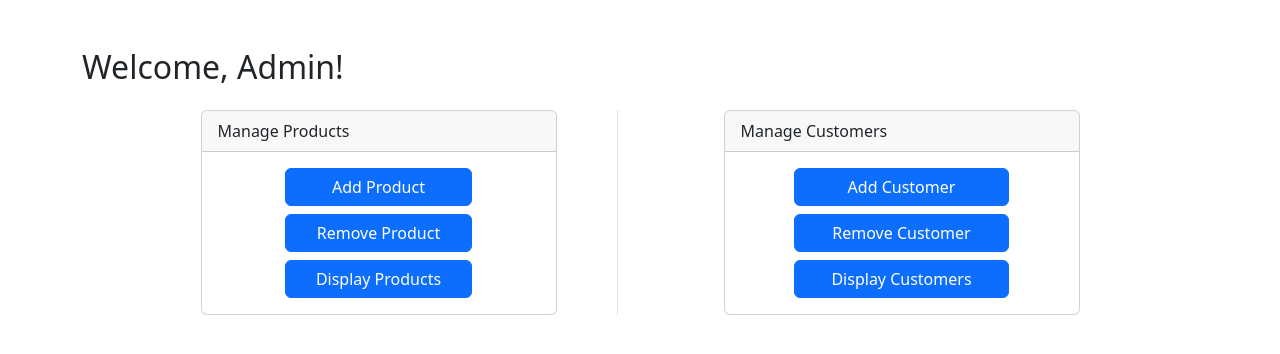
Repository: satvikagrasani/Layered-Architecture
Page: http://localhost/OnlineShoppingSystem/admindashboard.jsp
These files come from the project's save history. The page is drawn as it stood at one moment and after the next save; the edit follows.
The browser window is 1280 px wide. The pictures show the whole page.
The page is served by Tomcat 9.

Above is the page before, as saved 2023-09-04 16:57:59.

### Layered Architecture/OnlineShoppingSystem/src/main/webapp/admindashboard.jsp
<%@ page language="java" contentType="text/html; charset=ISO-8859-1"
    pageEncoding="ISO-8859-1"%>
<!doctype html>
<html lang="en">
  <head>
    <meta charset="utf-8">
    <meta name="viewport" content="width=device-width, initial-scale=1">
    <title>Bootstrap demo</title>
    <link href="https://cdn.jsdelivr.net/npm/bootstrap@5.3.1/dist/css/bootstrap.min.css" rel="stylesheet" integrity="sha384-4bw+/aepP/YC94hEpVNVgiZdgIC5+VKNBQNGCHeKRQN+PtmoHDEXuppvnDJzQIu9" crossorigin="anonymous">

    <style>
    .line {
        border-top: 1px solid #ccc; /* Horizontal line color */
        width: 100%;
        max-width: 50px; /* Adjust the width of the line as needed */
    }
	</style>

  </head>
  <body>

    <div class="alert alert-${status}" role="alert" id="errorAlert">
	    ${successMessage}
	</div>

            <script>
                setTimeout(function() {
                    var errorAlert = document.getElementById('errorAlert');
                    if (errorAlert) {
                        errorAlert.style.display = 'none';
                    }
                }, 4000); // Hide after 4 seconds
            </script>





    <div class="container mt-5">
        <h2>Welcome, Admin!</h2>
        <div class="row mt-4 justify-content-center">
            <div class="col-md-4">
                <div class="card">
                    <div class="card-header">Manage Products</div>
                    <div class="card-body">

                        <div class="d-grid gap-2 col-7 mx-auto">
						  <button type="button" class="btn btn-primary" data-bs-toggle="modal" data-bs-target="#exampleModalp1"> Add Product </button>
						  <button type="button" class="btn btn-primary" data-bs-toggle="modal" data-bs-target="#exampleModalp2"> Remove Product </button>
						  <a type="button" class="btn btn-primary" href="${pageContext.request.contextPath}/displayProducts?method=get">Display Products</a>
					   </div>

                    </div>


                    <div class="modal fade" id="exampleModalp1" tabindex="-1" aria-labelledby="exampleModalLabel" aria-hidden="true">
					  <div class="modal-dialog">

					    <div class="modal-content">
					      <div class="modal-header">
					        <h1 class="modal-title fs-5" id="exampleModalLabel">Add Product</h1>
					        <button type="button" class="btn-close" data-bs-dismiss="modal" aria-label="Close"></button>
					      </div>

					      <div class="modal-body">

					        <div class="container">
					        	<form action="${pageContext.request.contextPath}/productData" method="post">
								  <div class="mb-3">
								    <label for="pno" class="form-label">Product no</label>
								    <input type="number" name="pno" class="form-control" id="pno" aria-describedby="emailHelp">
								  </div>
								  <div class="mb-3">
								    <label for="pname" class="form-label">Product name</label>
								    <input type="text" name="pname" class="form-control" id="pname">
								  </div>
								  <div class="mb-3">
								    <label for="pprice" class="form-label">Product price</label>
								    <input type="number" name="pprice" class="form-control" id="pprice">
								  </div>
								  <div class="mb-3">
								    <label for="pquant" class="form-label">Product quantity</label>
								    <input type="number" name="pquant" class="form-control" id="pquant">
								  </div>
								  <div class="mb-3">
								    <label for="pdquant" class="form-label">Product discount</label>
								    <input type="number" name="pdquant" class="form-control" id="pdquant">
								  </div>
								  <button type="submit" class="btn btn-primary">Submit</button>
								</form>
					        </div>

					      </div>

					    </div>
					  </div>
					</div>



					<div class="modal fade" id="exampleModalp2" tabindex="-1" aria-labelledby="exampleModalLabel" aria-hidden="true">
					  <div class="modal-dialog">
					    <div class="modal-content">
					      <div class="modal-header">
					        <h1 class="modal-title fs-5" id="exampleModalLabel">Remove Product</h1>
					        <button type="button" class="btn-close" data-bs-dismiss="modal" aria-label="Close"></button>
					      </div>
					      <div class="modal-body">
					        <div class="container">
					        	<form action="${pageContext.request.contextPath}/deleteProduct" method="post">
								  <div class="mb-3">
								    <label for="pno" class="form-label">Product no</label>
								    <input type="number" name="pno" class="form-control" id="pno" aria-describedby="emailHelp">
								  </div>
								  <div class="mb-3">
								    <label for="pname" class="form-label">Product name</label>
								    <input type="text" name="pname" class="form-control" id="pname">
								  </div>

								  <button type="submit" class="btn btn-danger">Remove</button>

								</form>
					        </div>
					      </div>

					    </div>
					  </div>
					</div>




                </div>
            </div>



            <div class="col-md-1 border-start ms-5 "></div>


            <div class="col-md-4 ">
                <div class="card me-6">
                    <div class="card-header">Manage Customers</div>
                    <div class="card-body">

                    <div class="d-grid gap-2 col-8 mx-auto">
						  <button type="button" class="btn btn-primary" data-bs-toggle="modal" data-bs-target="#exampleModal"> Add Customer </button>
						  <button type="button" class="btn btn-primary" data-bs-toggle="modal" data-bs-target="#exampleModal1"> Remove Customer </button>
						  <a type="button" class="btn btn-primary" href="${pageContext.request.contextPath}/displayCustomers?method=get">Display Customers</a>

					</div>

					</div>


					<div class="modal fade" id="exampleModal" tabindex="-1" aria-labelledby="exampleModalLabel" aria-hidden="true">
					  <div class="modal-dialog">

					    <div class="modal-content">
					      <div class="modal-header">
					        <h1 class="modal-title fs-5" id="exampleModalLabel">Add Customer</h1>
					        <button type="button" class="btn-close" data-bs-dismiss="modal" aria-label="Close"></button>
					      </div>

					      <div class="modal-body">

					        <div class="container">
					        	<form action="${pageContext.request.contextPath}/customerData" method="post">
								  <div class="mb-3">
								    <label for="exampleInputEmail1" class="form-label">Enter id</label>
								    <input type="number" name="cusid" class="form-control" id="cusid" aria-describedby="emailHelp">
								  </div>
								  <div class="mb-3">
								    <label for="cusemail" class="form-label">Enter email</label>
								    <input type="email" name="cusemail" class="form-control" id="cusemail">
								  </div>
								  <div class="mb-3">
								    <label for="cusname" class="form-label">Enter name</label>
								    <input type="text" name="cusname" class="form-control" id="cusname">
								  </div>
								  <div class="mb-3">
								    <label for="cuspass" class="form-label">Enter password</label>
								    <input type="text" name="cuspass" class="form-control" id="cuspass">
								  </div>
								  <div class="mb-3">
								    <label for="cusbal" class="form-label">Initial balance</label>
								    <input type="text" name="cusbal" class="form-control" id="cusbal">
								  </div>
								  <button type="submit" class="btn btn-primary">Submit</button>
								</form>
					        </div>
					      </div>

					    </div>
					  </div>
					</div>




					<div class="modal fade" id="exampleModal1" tabindex="-1" aria-labelledby="exampleModalLabel" aria-hidden="true">
					  <div class="modal-dialog">
					    <div class="modal-content">
					      <div class="modal-header">
					        <h1 class="modal-title fs-5" id="exampleModalLabel">Remove Customer</h1>
					        <button type="button" class="btn-close" data-bs-dismiss="modal" aria-label="Close"></button>
					      </div>
					      <div class="modal-body">
					        <div class="container">
					        	<form action="${pageContext.request.contextPath}/deleteCustomer" method="post">
								  <div class="mb-3">
								    <label for="cusid" class="form-label">Enter id</label>
								    <input type="number" name="cusid" class="form-control" id="cusid" aria-describedby="emailHelp">
								  </div>
								  <div class="mb-3">
								    <label for="cusemail" class="form-label">Enter email</label>
								    <input type="email" name="cusemail" class="form-control" id="cusemail">
								  </div>


								  <button type="submit" class="btn btn-danger">Remove</button>
								</form>
					        </div>
					      </div>

					    </div>
					  </div>
					</div>



                    </div>
                </div>
            </div>


        </div>
    </div>



    <script src="https://cdn.jsdelivr.net/npm/bootstrap@5.3.1/dist/js/bootstrap.bundle.min.js" integrity="sha384-HwwvtgBNo3bZJJLYd8oVXjrBZt8cqVSpeBNS5n7C8IVInixGAoxmnlMuBnhbgrkm" crossorigin="anonymous"></script>

    <script src="https://cdn.jsdelivr.net/npm/@popperjs/core@2.11.8/dist/umd/popper.min.js" integrity="sha384-I7E8VVD/ismYTF4hNIPjVp/Zjvgyol6VFvRkX/vR+Vc4jQkC+hVqc2pM8ODewa9r" crossorigin="anonymous"></script>
<script src="https://cdn.jsdelivr.net/npm/bootstrap@5.3.1/dist/js/bootstrap.min.js" integrity="sha384-Rx+T1VzGupg4BHQYs2gCW9It+akI2MM/mndMCy36UVfodzcJcF0GGLxZIzObiEfa" crossorigin="anonymous"></script>

  </body>
</html>

After the next save:
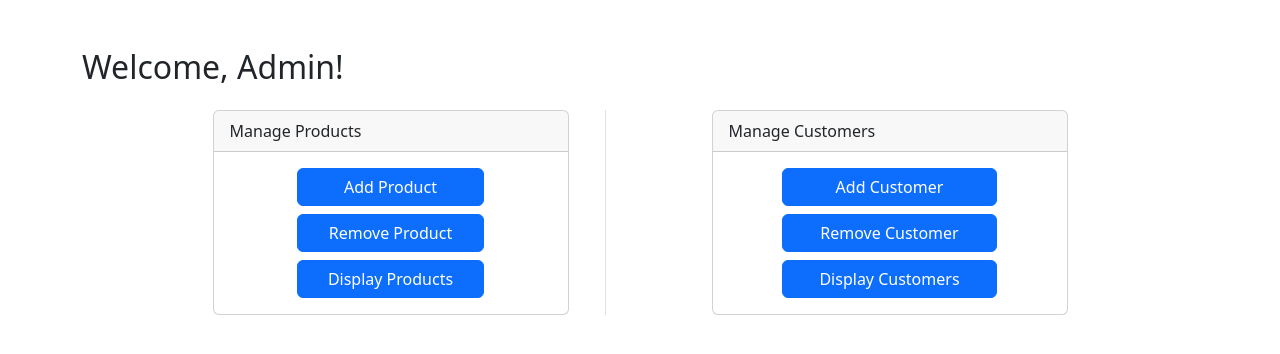
Saved 23 s later.
--- a/Layered Architecture/OnlineShoppingSystem/src/main/webapp/admindashboard.jsp
+++ b/Layered Architecture/OnlineShoppingSystem/src/main/webapp/admindashboard.jsp
@@ -135,7 +135,7 @@
 
 
 
-            <div class="col-md-1 border-start ms-5 "></div>
+            <div class="col-md-1 border-start ms-4 "></div>
 
 
             <div class="col-md-4 ">
